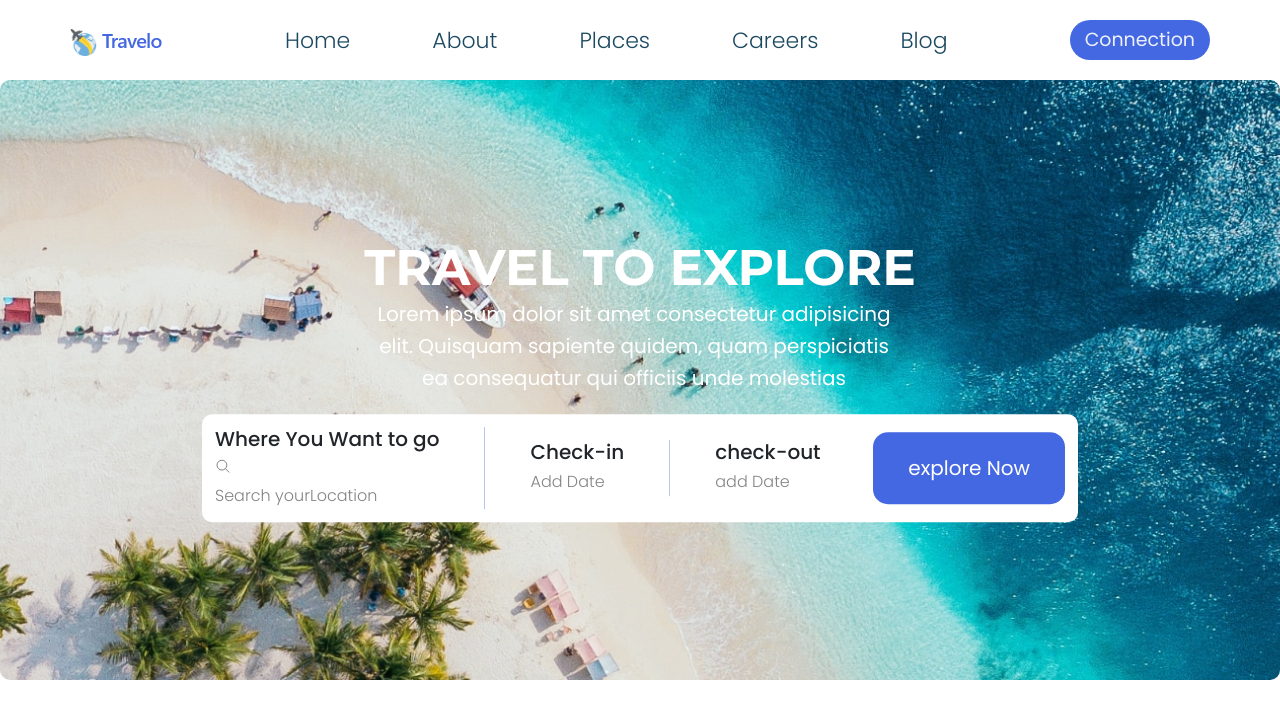
Repository: kuluong2000/travel
Page: index.html
The author's editor kept a copy of each file at every save. The page is drawn from the files as they stood at one save, then again after the next save.
The browser window is 1280 px wide. The pictures show the whole page.
The style sheet was rebuilt from its Sass, Less or Tailwind sources for each picture, by a compiler version that may differ from the author's.

Above is the page before, as saved 2021-09-03 23:46:03.

### index.html
<!DOCTYPE html>
<html lang="en">
  <head>
    <meta charset="UTF-8" />
    <meta http-equiv="X-UA-Compatible" content="IE=edge" />
    <meta name="viewport" content="width=device-width, initial-scale=1.0" />
    <link rel="stylesheet" href="./libs/css/bootstrap.min.css" />
    <link rel="stylesheet" href="./libs/css/animate.css" />
    <link rel="stylesheet" href="./libs/css/slick-theme.css" />
    <link rel="stylesheet" href="./libs/css/slick.css" />
    <link rel="stylesheet" href="./assets/css/reset.css" />
    <link rel="stylesheet" href="./assets/css/style.css" />
    <link rel="stylesheet" href="./assets/css/responsive.css" />
    <title>Document</title>
  </head>
  <body>
    <header class="header">
      <div class="container">
        <div class="row">
          <div class="header__main">
            <div class="header__logo">
              <a href="/">
                <img src="./assets/image/logo.png" alt="" srcset="" />
              </a>
            </div>
            <div class="sub-menu">
              <div class="line1"></div>
              <div class="line2"></div>
              <div class="line3"></div>
            </div>
            <nav>
              <ul class="header__menu">
                <li class="header__menu__item">
                  <a class="header__mennu__item__link" href="/">Home</a>
                </li>
                <li class="header__menu__item">
                  <a class="header__mennu__item__link" href="/">About</a>
                </li>
                <li class="header__menu__item">
                  <a class="header__mennu__item__link" href="/">Places</a>
                </li>
                <li class="header__menu__item">
                  <a class="header__mennu__item__link" href="/">Careers</a>
                </li>
                <li class="header__menu__item">
                  <a class="header__mennu__item__link" href="/">Blog</a>
                </li>
              </ul>
            </nav>
            <a href="#" class="header__conn"> Connection </a>
          </div>
        </div>
      </div>
    </header>
    <main>
      <section class="banner">
        <div class="container">
          <div class="row">
            <div class="banner__main">
              <div class="banner__main__top">
                <h1 class="banner__main__title">Travel To explore</h1>
                <p class="banner__main__desc">
                  Lorem ipsum dolor sit amet consectetur adipisicing elit.
                  Quisquam sapiente quidem, quam perspiciatis ea consequatur qui
                  officiis unde molestias
                </p>
              </div>
              <div class="banner__main__bottom">
                <div class="banner__main_list">
                  <div class="banner__main__item">
                    <h4 class="banner__main__item__caption">
                      Where You Want to go
                    </h4>
                    <a href="/" class="banner__main__item__desc">
                      <ion-icon
                        name="search-outline"
                        class="banner__main__item__desc--icon">
                      </ion-icon>
                      <p>Search yourLocation</p>
                    </a>
                  </div>
                  <div class="banner__main__item">
                    <h4 class="banner__main__item__caption">Check-in</h4>
                    <a href="/" class="banner__main__item__desc">Add Date</a>
                  </div>
                  <div class="banner__main__item">
                    <h4 class="banner__main__item__caption">check-out</h4>
                    <a href="/" class="banner__main__item__desc">add Date</a>
                  </div>
                </div>
                <a href="/" class="banner__btn"> explore Now</a>
              </div>
            </div>
          </div>
        </div>
      </section>
    </main>

    <script src="./libs/Js/jquery-3.5.1.slim.min.js"></script>
    <script
      type="module"
      src="https://unpkg.com/ionicons@5.5.2/dist/ionicons/ionicons.esm.js"
    ></script>
    <script
      nomodule
      src="https://unpkg.com/ionicons@5.5.2/dist/ionicons/ionicons.js"
    ></script>
    <script src="./libs/Js/bootstrap.min.js"></script>
    <script src="./libs/Js/slick.min.js"></script>
    <script src="./libs/Js/wow.js"></script>
    <script src="./assets/Js/main.js"></script>
  </body>
</html>

### assets/css/reset.css
html, body, div, span, applet, object, iframe,
h1, h2, h3, h4, h5, h6, p, blockquote, pre,
a, abbr, acronym, address, big, cite, code,
del, dfn, em, img, ins, kbd, q, s, samp,
small, strike, strong, sub, sup, tt, var,
b, u, i, center,
dl, dt, dd, ol, ul, li,
fieldset, form, label, legend,
table, caption, tbody, tfoot, thead, tr, th, td,
article, aside, canvas, details, embed,
figure, figcaption, footer, header, hgroup,
menu, nav, output, ruby, section, summary,
time, mark, audio, video {
	margin: 0;
	padding: 0;
	border: 0;
	font-size: 100%;
	vertical-align: baseline;
}
/* HTML5 display-role reset for older browsers */
article, aside, details, figcaption, figure,
footer, header, hgroup, menu, nav, section {
	display: block;
}
* {
	box-sizing: border-box;
}
body {
	line-height: 1;
  font-family: 'Muli', sans-serif;


  font-style: normal;
  font-weight: normal;
  font-size: 16px;
  line-height: 32px;
}
ol, ul {
	list-style: none;
}
blockquote, q {
	quotes: none;
}
blockquote:before, blockquote:after,
q:before, q:after {
	content: '';
	content: none;
}
table {
	border-collapse: collapse;
	border-spacing: 0;
}

img {
  max-width: 100%;
	vertical-align: bottom;
}
a {
	outline: none;
}

### assets/css/responsive.css

@media (min-width:1920px){
    .container{
        max-width: 1804px;
    }
}
@media (min-width:1400px) and (max-width:1919px){

}
@media (min-width:1200px) and (max-width:1399px){

}
@media (min-width:992px) and (max-width:1199px){
    .header__menu__item:not(:first-child) {
        margin-left: 65px;
    }
}
@media (min-width:768px) and (max-width:991px){
    .header__menu__item:not(:first-child) {
        margin-left: 25px;
    }
    .header__conn {

        font-size: 16px;
        padding: 3px 10px;
    }
}
@media  (max-width:767px){
    .container{
        max-width: 100%;

        margin:0 ;
    }

    .header__main {
        padding: 10px;
    }
    .header__menu {
        position: absolute;
        flex-direction: column;
        background: #1C4961;
        width: 100%;
        height: 100vh;
        left: 0;
        top: 50px;
        transition: 0.5s ;
        transform: translateX(-100%);
        justify-content: unset;
    }
    .header__menu.active{
        transform: translateX(0);
    }
    .header__mennu__item__link {
        color: white;;
    }
    .sub-menu{
        display: block;
        left: 60%;
        top: 50%;
        transform: translate(-50%,-50%);
    }
    .header__menu__item:not(:first-child) {
        margin-left: 0;
    }
    .header__menu__item{
        margin-top: 30px;
    }
    .header__conn {
        font-size: 14px;
        padding: 3px 10px;
    }
}

### assets/Js/main.js
const sub_menu = document.querySelector('.sub-menu');
const menu = document.querySelector('.header__menu');
sub_menu.addEventListener('click', ()=>{
    sub_menu.classList.toggle('active');;
    menu.classList.toggle('active');
})

### assets/sass/style.scss
@import "global";
@import "variable";
@import "header";
@import "banner";

### assets/sass/_global.scss
@import url('https://fonts.googleapis.com/css2?family=Montserrat:wght@300;400;500;600;700;800;900&family=Poppins:wght@300;400;500;600;700;800;900&display=swap');
*{
    padding: 0;
    margin: 0;
    box-sizing: border-box;
}
body{
    font-family: 'Poppins', sans-serif;
    line-height: 1.6;
    font-size: 20px;

}

### assets/sass/_variable.scss
$color-white:#FFFFFF;
$color-dark-blue:#1C4961;

$color-blue:#4468E2;
$color-light-blue:#E1E8F8;
$color-black:#000000;
$color-text:#163235;
$color-gray:#848484

### assets/sass/_header.scss
.header{
    position: relative;
    &__main{
        display:flex;
        justify-content: space-between;
        align-items: center;
        padding:20px 0

    }
    &__logo{
        display: inline-block;

    }
    &__menu{
        display:flex;
        justify-content: space-between;
        align-items: center;

    }
    &__menu__item:not(:first-child){
        margin-left: 82px;
    }
    &__mennu__item__link{
        text-decoration: none;
        color: $color-dark-blue;
        font-size: 22px;
        position: relative;
        font-weight: 300;
        transition: 0.5s;
        &::after{
            content: '';
            position: absolute;
            width: 100%;
            height: 2px;
            background-color: $color-blue;
            left: 0;
            bottom: 0;
            transition: 0.5s;
            transform: scale(0);
        }
        &:hover{
            color: $color-dark-blue;
            font-weight: 400;
        }
        &:hover::after{
            transform: scale(1);
        }
    }
    &__conn{
        text-decoration: none;
        background-color: $color-blue;
        color:rgba($color-white, $alpha: 0.9) ;
        font-size: 19px;
        border-radius: 25px;
        padding:5px 15px;
        transition: 0.5s;

        &:hover{
             color:rgba($color-white, $alpha: 1) ;
            background-color: $color-dark-blue;
        }
    }
}
.sub-menu{
    position: absolute;
    display: none;
}
.sub-menu div {
    cursor: pointer;
    width: 25px;
    height: 3px;
    background-color: $color-dark-blue;
    margin: 5px;
    transition: transform 0.5s linear;
}
.active .line1{
    transform:  rotate(-45deg) translate(-5px,6px);
}
.active .line2{
    opacity: 0;
}
.active .line3{
    transform: rotate(45deg) translate(-5px, -6px);
}

### assets/sass/_banner.scss
.banner{
    background: url(../image/banner.jpg) no-repeat center /  cover;
    min-height: 600px;
    border-radius: 10px;
    position: relative;

  &__main{
      position:absolute;
      width:max-content;
      top: 50%;
      left: 50%;
      transform: translate(-50%,-50%);
}
  &__main__top{

    text-align: center;

}
  &__main__title{
    font-size: 50px;
    font-family: 'Montserrat',sans-serif;
    font-weight: bold;
    text-transform: uppercase;
    color: white;
}
  &__main__desc{
    color:$color-white;
    width: 540px;
    transform: translateX(30%);
    margin-bottom: 20px;
}
  &__main__bottom{
    background-color: white;
    display: flex;
    width: 876px;
    justify-content: space-between;
    align-items: center;
    padding: 13px;
    border-radius: 10px;

}
  &__main_list{
    display: flex;
    justify-content: space-between;
    align-items: center;

}
  &__main__item:not(:last-child){
      margin-right: 45px;
      padding-right: 45px;
      border-right: 1px solid #B4C6EE;

}
  &__main__item__caption{

}
  &__main__item__desc{
    text-decoration: none;
    font-weight: 300;
    color: $color-gray;
    font-size: 16px;
    &:hover{
        color: $color-gray;
    }
}
  &__btn{
    padding: 20px 35px;
    color: $color-white;
    background-color: $color-blue;
    border-radius: 15px;
    text-decoration: none;
    &:hover{
        color: $color-white;
    }
}

}

Loaded but not shown: libs/css/bootstrap.min.css (library); libs/css/animate.css (library); libs/css/slick-theme.css (library); libs/css/slick.css (common file); libs/Js/jquery-3.5.1.slim.min.js (library); libs/Js/bootstrap.min.js (library); libs/Js/slick.min.js (library); libs/Js/wow.js (library)

After the next save:
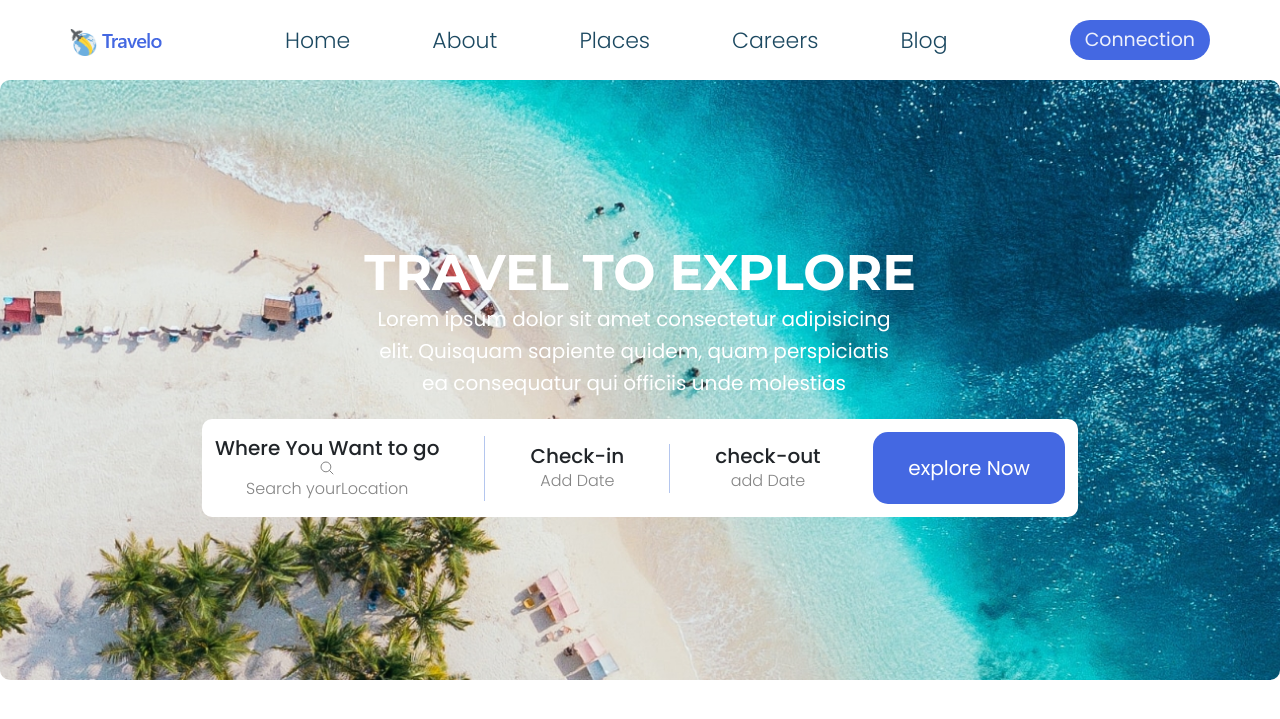
Saved 37 s later.
--- a/assets/sass/_banner.scss
+++ b/assets/sass/_banner.scss
@@ -59,9 +59,13 @@
     font-weight: 300;
     color: $color-gray;
     font-size: 16px;
+    display: flex;
+    flex-direction: column;
+    align-items: center;
     &:hover{
         color: $color-gray;
     }
+
 }
   &__btn{
     padding: 20px 35px;
